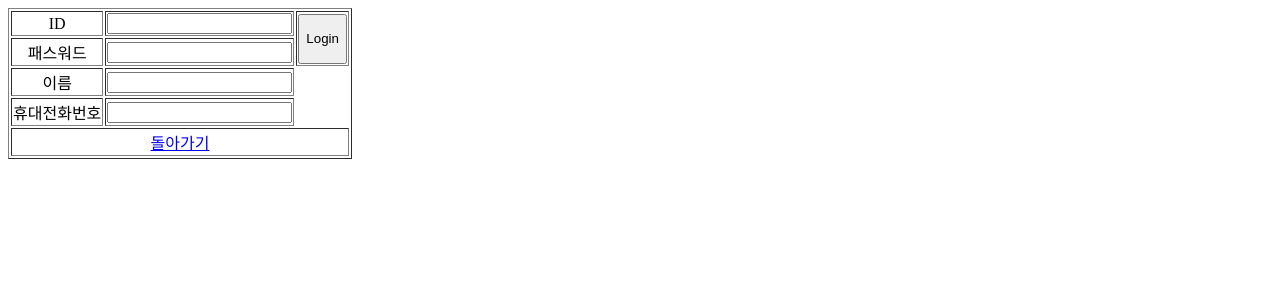
Repository: wake45/Web_Programming_Project
Page: Web_기말프로젝트_20145150_이상욱/Project/WebContent/regist.html
The author's editor kept a copy of each file at every save. The page is drawn from the files as they stood at one save, then again after the next save.
The browser window is 1280 px wide. The pictures show the whole page.

Above is the page before, as saved 2018-06-11 07:31:07.

After the next save:
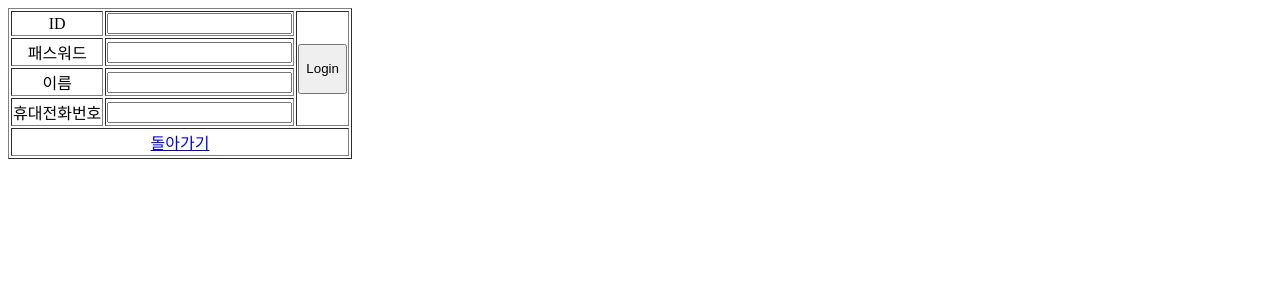
Saved 3 min 51 s later.
--- a/Web_기말프로젝트_20145150_이상욱/Project/WebContent/regist.html
+++ b/Web_기말프로젝트_20145150_이상욱/Project/WebContent/regist.html
@@ -10,7 +10,7 @@
 		<tr>
 			<td align="center">ID
 			<td> <input type=text name=id>
-			<td rowspan="2" align="center"><input type=submit value=Login style="height: 50px;"></td>
+			<td rowspan="4" align="center"><input type=submit value=Login style="height: 50px;"></td>
 		<tr>
 			<td align="center">패스워드
 			<td><input type=password name=password>
